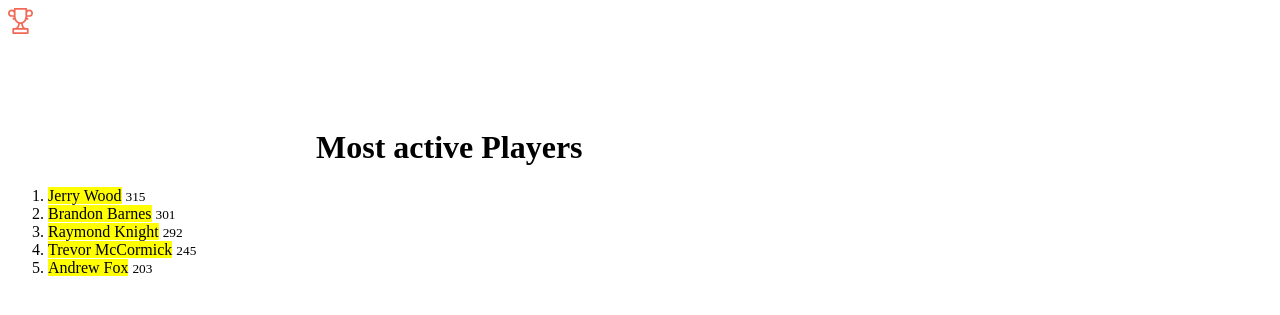
Repository: pujarisahil/Shinsa
Page: http://localhost/leaderboard
The author's editor kept a record of every edit. The page is drawn from the files as they stood at one moment, then again after the next edit.
The browser window is 1280 px wide. The pictures show the whole page.
The page is served by the project's Node server (app.js).

Above is the page before.

After the next edit:
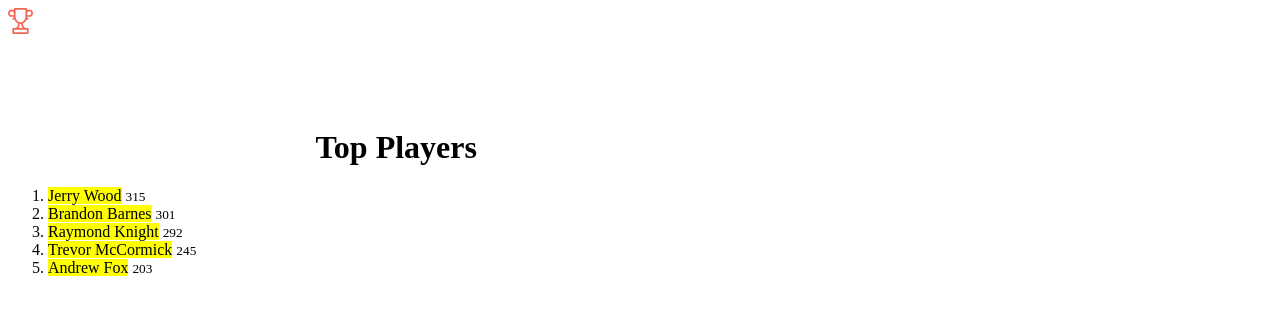
The edit:
--- a/updated webapp/views/leaderboard.ejs
+++ b/updated webapp/views/leaderboard.ejs
@@ -3,7 +3,7 @@
     <svg class="ico-cup">
       <use xlink:href="#cup"></use>
     </svg>
-    Most active Players
+    Top Players
   </h1>
   <ol>
     <li>
